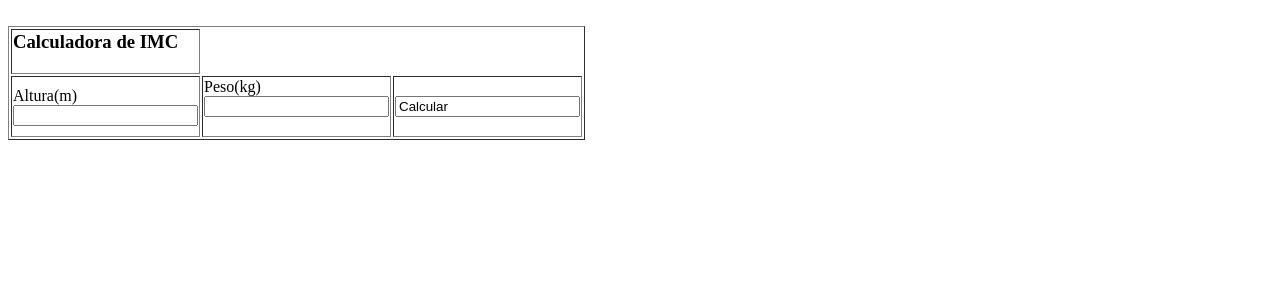
Repository: Patriciamativi/Projetos
Page: index.html
An editor plug-in stored every save of this project. The page is shown before and after the next save, followed by the edit.
The browser window is 1280 px wide. The pictures show the whole page.

Above is the page before, as saved 2022-11-17 21:03:16.

### index.html
<html>
    <head>
        <title>Calculadora de IMC</title>
        <meta charset="utf-8"/>
    </head>
<table border="1">
    <br>
        <tr>
            <td><h3>Calculadora de IMC</h3></td>
    </tr>
        <td>Altura(m)<br/>
            <input type: "number" > </br></td>

        <td>Peso(kg)<br/>
            <input type: "number" > </br></br></td>

        <td><input type="" "submit" value= "Calcular" ></td>

    </form>
    </table>
</body>
</html>

After the next save:
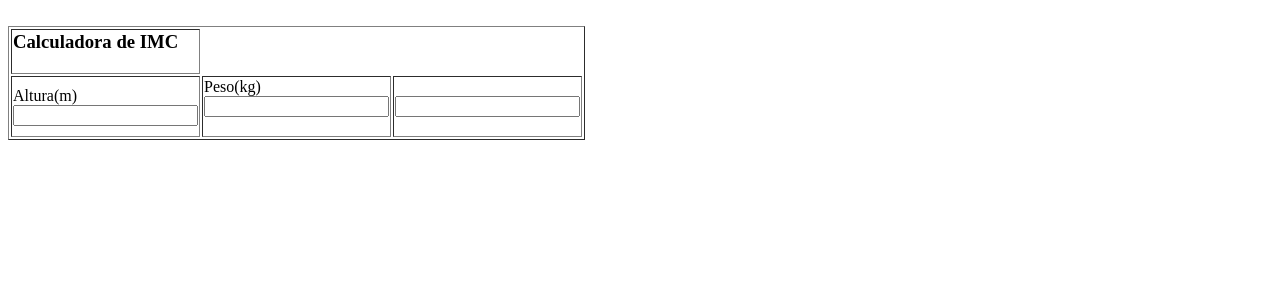
Saved 15 s later.
--- a/index.html
+++ b/index.html
@@ -14,7 +14,7 @@
         <td>Peso(kg)<br/>
             <input type: "number" > </br></br></td>
 
-        <td><input type="" "submit" value= "Calcular" ></td>
+        <td><input type="" "submit" value: "Calcular" ></td>
 
     </form>
     </table>
